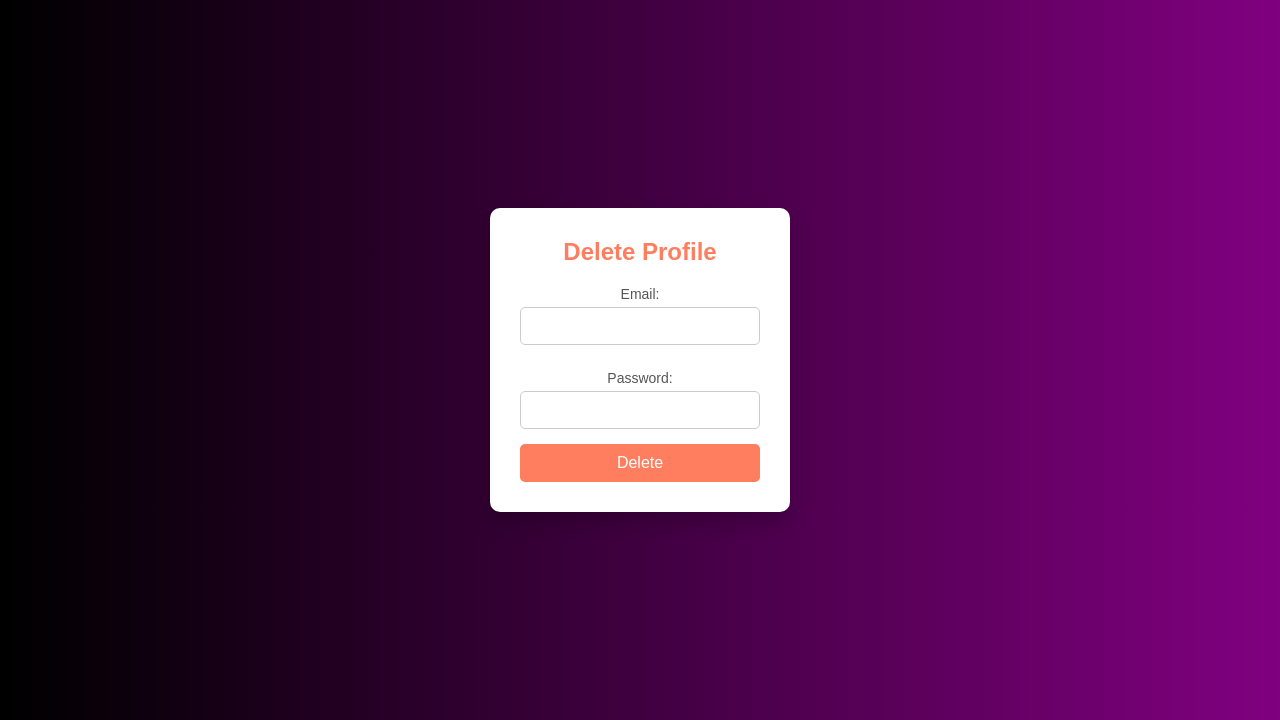
Repository: PeruriNaresh/Bank_Project
Page: http://localhost/bank_project/Delete.jsp
An editor plug-in stored every save of this project. The page is shown before and after the next save, followed by the edit.
The browser window is 1280 px wide. The pictures show the whole page.
The page is served by Tomcat 9.

Above is the page before, as saved 2024-10-25 16:37:04.

After the next save:
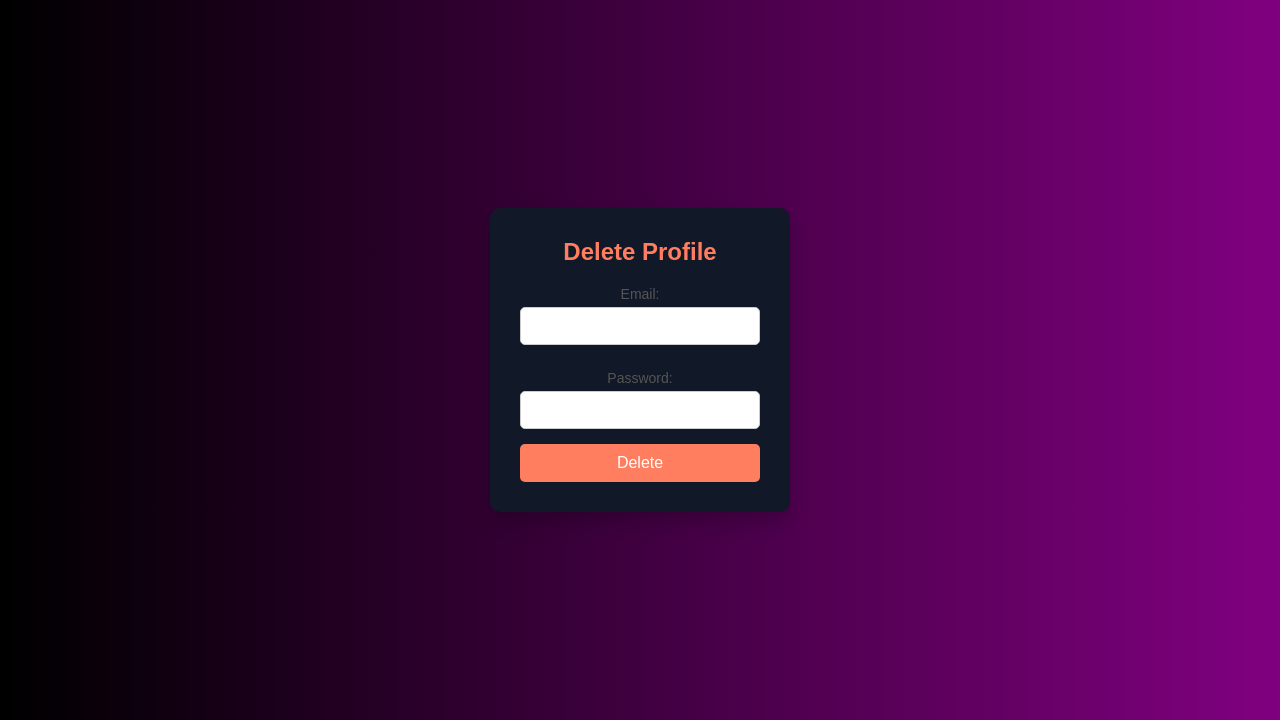
Saved 29 s later.
--- a/bank_project/src/main/webapp/Delete.jsp
+++ b/bank_project/src/main/webapp/Delete.jsp
@@ -23,7 +23,7 @@ body {
 }
 
 .container {
-    background: #ffffff;
+    background-color: rgba(17, 24, 39, 1);
     padding: 30px;
     border-radius: 10px;
     box-shadow: 0 10px 20px rgba(0, 0, 0, 0.2);
